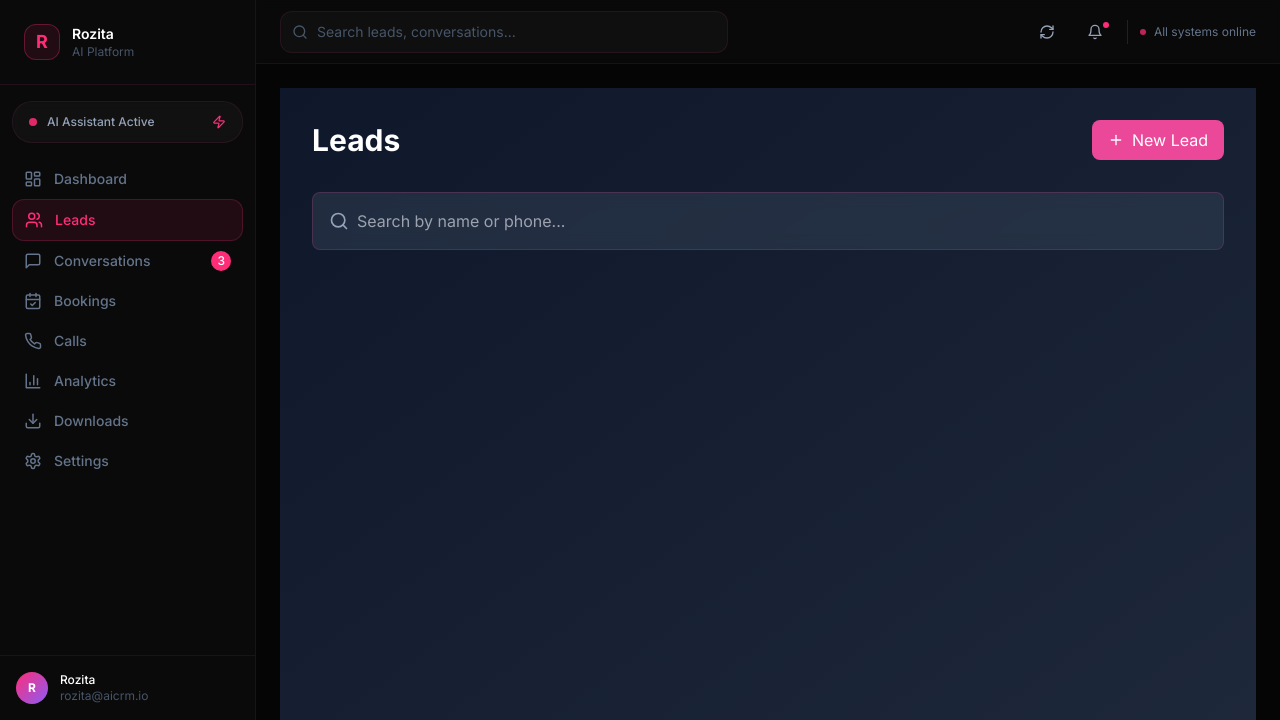
Repository: rositabouyer-alt/aiCRM
Page: /dashboard/leads (app in frontend/)
These files come from the project's save history. The page is drawn as it stood at one moment and after the next save; the edit follows.
The browser window is 1280 px wide. The pictures show the whole page.
The page's requests for data from a server got no answer. An inner scrolling area shows only its first screen. The project was rebuilt for these pictures with package versions that can differ from the ones it lists, and the page was loaded fresh each time. The framework's server and built-in components were replaced by stand-ins that run in the browser. No one was signed in, and anything a server would have sent is missing. Also part of the build but not shown: frontend/next.config.js.

Above is the page before, as saved 2026-07-29 12:44:42.

### frontend/src/app/layout.tsx
import type { Metadata } from "next";
import "./globals.css";

export const metadata: Metadata = {
  title: "AiCRM — AI Customer Platform",
  description: "24/7 AI-powered customer management and booking platform",
};

export default function RootLayout({ children }: { children: React.ReactNode }) {
  return (
    <html lang="en" className="dark">
      <body>{children}</body>
    </html>
  );
}

### frontend/src/app/dashboard/layout.tsx
import Sidebar from "@/components/layout/Sidebar";
import Topbar from "@/components/layout/Topbar";

export default function DashboardLayout({ children }: { children: React.ReactNode }) {
  return (
    <div className="flex h-screen bg-navy-950 overflow-hidden">
      <Sidebar />
      <div className="flex-1 ml-64 flex flex-col overflow-hidden">
        <Topbar />
        <main className="flex-1 overflow-y-auto p-6">
          {children}
        </main>
      </div>
    </div>
  );
}

### frontend/src/app/dashboard/leads/page.tsx
'use client'
import { useState, useEffect } from 'react'
import { Users, Plus, Search } from 'lucide-react'

export default function LeadsPage() {
  const [leads, setLeads] = useState([])
  const [search, setSearch] = useState('')

  useEffect(() => {
    fetch('http://localhost:8000/leads/')
      .then(r => r.json())
      .then(d => setLeads(d))
      .catch(() => {})
  }, [])

  const filtered = leads.filter(l =>
    l.full_name.toLowerCase().includes(search.toLowerCase()) ||
    l.phone.includes(search)
  )

  return (
    <div className="p-8 bg-gradient-to-br from-slate-900 to-slate-800 min-h-screen">
      <div className="flex justify-between items-center mb-8">
        <h1 className="text-3xl font-bold text-white">Leads</h1>
        <button className="bg-pink-500 hover:bg-pink-600 text-white px-4 py-2 rounded-lg flex items-center gap-2">
          <Plus className="w-4 h-4" />
          New Lead
        </button>
      </div>

      <div className="bg-slate-700/50 backdrop-blur rounded-lg p-4 mb-6 border border-pink-500/20">
        <div className="flex items-center gap-2">
          <Search className="w-5 h-5 text-slate-400" />
          <input
            type="text"
            placeholder="Search by name or phone..."
            value={search}
            onChange={(e) => setSearch(e.target.value)}
            className="bg-transparent text-white outline-none flex-1"
          />
        </div>
      </div>

      <div className="space-y-4">
        {filtered.map(lead => (
          <div key={lead.id} className="bg-slate-700/50 backdrop-blur rounded-lg p-4 border border-pink-500/20 hover:border-pink-400 transition">
            <div className="flex justify-between items-start">
              <div>
                <p className="text-white font-semibold">{lead.full_name}</p>
                <p className="text-slate-400 text-sm">{lead.phone} | {lead.email || 'No email'}</p>
              </div>
              <span className="bg-pink-500/20 text-pink-300 px-3 py-1 rounded-full text-sm">{lead.status}</span>
            </div>
          </div>
        ))}
      </div>
    </div>
  )
}

### frontend/src/app/globals.css
@import url('https://fonts.googleapis.com/css2?family=Inter:wght@300;400;500;600;700&family=JetBrains+Mono:wght@400;500&display=swap');
@tailwind base;
@tailwind components;
@tailwind utilities;

:root {
  --bg: #050505;
  --surface: #0d0d0d;
  --accent: #ff2d78;
  --accent-hover: #e0185e;
  --glass: rgba(255,45,120,0.04);
  --glass-border: rgba(255,45,120,0.12);
}

* { box-sizing: border-box; margin: 0; padding: 0; }

body {
  background-color: #050505;
  color: #f8fafc;
  font-family: 'Inter', sans-serif;
  overflow-x: hidden;
}

::-webkit-scrollbar { width: 4px; height: 4px; }
::-webkit-scrollbar-track { background: transparent; }
::-webkit-scrollbar-thumb { background: rgba(255,45,120,0.3); border-radius: 99px; }
::-webkit-scrollbar-thumb:hover { background: rgba(255,45,120,0.6); }

@layer components {
  .glass-card {
    @apply bg-white/[0.03] border border-pink-500/10 rounded-2xl backdrop-blur-sm;
  }

  .glass-card-hover {
    @apply glass-card hover:bg-white/[0.05] hover:border-pink-500/20 transition-all duration-200;
  }

  .btn-primary {
    @apply bg-accent hover:bg-accent-hover text-white font-medium px-4 py-2 rounded-xl transition-all duration-200 flex items-center gap-2 text-sm;
  }

  .btn-ghost {
    @apply text-slate-400 hover:text-white hover:bg-white/[0.06] px-3 py-2 rounded-xl transition-all duration-200 flex items-center gap-2 text-sm;
  }

  .input-dark {
    @apply bg-white/[0.03] border border-pink-500/10 rounded-xl px-4 py-2.5 text-white placeholder-slate-600 focus:outline-none focus:border-accent/50 focus:ring-1 focus:ring-accent/20 transition-all duration-200 text-sm w-full;
  }

  .badge { @apply px-2.5 py-0.5 rounded-full text-xs font-medium; }
  .badge-new { @apply badge bg-pink-500/15 text-pink-400 border border-pink-500/20; }
  .badge-active { @apply badge bg-emerald-500/15 text-emerald-400 border border-emerald-500/20; }
  .badge-qualified { @apply badge bg-violet-500/15 text-violet-400 border border-violet-500/20; }
  .badge-booked { @apply badge bg-yellow-500/15 text-yellow-400 border border-yellow-500/20; }
  .badge-closed { @apply badge bg-slate-500/15 text-slate-400 border border-slate-500/20; }

  .sidebar-item { @apply flex items-center gap-3 px-3 py-2.5 rounded-xl text-sm font-medium transition-all duration-200 cursor-pointer; }
  .sidebar-item-active { @apply sidebar-item bg-accent/10 text-accent border border-accent/20; }
  .sidebar-item-inactive { @apply sidebar-item text-slate-500 hover:text-white hover:bg-white/[0.04]; }
}

### frontend/src/components/layout/Sidebar.tsx
"use client";
import { usePathname } from "next/navigation";
import Link from "next/link";
import {
  LayoutDashboard, Users, MessageSquare, CalendarCheck,
  Phone, BarChart3, Download, Settings, Zap
} from "lucide-react";
import { clsx } from "clsx";

const navItems = [
  { href: "/dashboard", icon: LayoutDashboard, label: "Dashboard" },
  { href: "/dashboard/leads", icon: Users, label: "Leads" },
  { href: "/dashboard/conversations", icon: MessageSquare, label: "Conversations" },
  { href: "/dashboard/bookings", icon: CalendarCheck, label: "Bookings" },
  { href: "/dashboard/calls", icon: Phone, label: "Calls" },
  { href: "/dashboard/analytics", icon: BarChart3, label: "Analytics" },
  { href: "/dashboard/downloads", icon: Download, label: "Downloads" },
  { href: "/dashboard/settings", icon: Settings, label: "Settings" },
];

export default function Sidebar() {
  const pathname = usePathname();
  return (
    <aside className="w-64 h-screen bg-[#0a0a0a] border-r border-pink-500/10 flex flex-col fixed left-0 top-0 z-30">
      {/* Logo */}
      <div className="p-6 border-b border-pink-500/10">
        <div className="flex items-center gap-3">
          <div className="w-9 h-9 rounded-xl bg-accent/10 border border-accent/30 flex items-center justify-center text-accent font-bold text-lg">
            R
          </div>
          <div>
            <p className="text-white font-semibold text-sm">Rozita</p>
            <p className="text-slate-600 text-xs">AI Platform</p>
          </div>
        </div>
      </div>

      {/* AI Status */}
      <div className="px-4 py-3 mx-3 mt-4 glass-card flex items-center gap-2.5">
        <div className="w-2 h-2 rounded-full bg-accent animate-pulse-slow" />
        <span className="text-xs text-slate-400 font-medium">AI Assistant Active</span>
        <Zap className="w-3.5 h-3.5 text-accent ml-auto" />
      </div>

      {/* Navigation */}
      <nav className="flex-1 px-3 py-4 space-y-1 overflow-y-auto">
        {navItems.map(({ href, icon: Icon, label }) => {
          const isActive = pathname === href || (href !== "/dashboard" && pathname.startsWith(href));
          return (
            <Link key={href} href={href}>
              <div className={clsx(isActive ? "sidebar-item-active" : "sidebar-item-inactive")}>
                <Icon size={18} className="shrink-0" />
                <span>{label}</span>
                {label === "Conversations" && (
                  <span className="ml-auto bg-accent text-white text-xs px-1.5 py-0.5 rounded-full">3</span>
                )}
              </div>
            </Link>
          );
        })}
      </nav>

      {/* Footer */}
      <div className="p-4 border-t border-pink-500/10">
        <div className="flex items-center gap-3">
          <div className="w-8 h-8 rounded-full bg-gradient-to-br from-accent to-violet-500 flex items-center justify-center text-white text-xs font-bold">
            R
          </div>
          <div className="flex-1 min-w-0">
            <p className="text-white text-xs font-medium truncate">Rozita</p>
            <p className="text-slate-600 text-xs truncate">rozita@aicrm.io</p>
          </div>
        </div>
      </div>
    </aside>
  );
}

### frontend/src/components/layout/Topbar.tsx
"use client";
import { Bell, Search, RefreshCw } from "lucide-react";

export default function Topbar() {
  return (
    <header className="h-16 border-b border-pink-500/10 bg-[#0a0a0a]/80 backdrop-blur-sm flex items-center justify-between px-6 shrink-0">
      <div className="flex items-center gap-3 flex-1 max-w-md">
        <div className="relative w-full">
          <Search className="absolute left-3 top-1/2 -translate-y-1/2 w-4 h-4 text-slate-600" />
          <input type="text" placeholder="Search leads, conversations..." className="input-dark pl-9" />
        </div>
      </div>
      <div className="flex items-center gap-2">
        <button className="btn-ghost"><RefreshCw className="w-4 h-4" /></button>
        <button className="relative btn-ghost">
          <Bell className="w-4 h-4" />
          <span className="absolute top-1.5 right-1.5 w-1.5 h-1.5 bg-accent rounded-full" />
        </button>
        <div className="w-px h-6 bg-white/10 mx-1" />
        <div className="flex items-center gap-2 text-xs text-slate-500">
          <div className="w-1.5 h-1.5 rounded-full bg-accent animate-pulse" />
          All systems online
        </div>
      </div>
    </header>
  );
}

### frontend/tailwind.config.js
/** @type {import('tailwindcss').Config} */
module.exports = {
  content: [
    "./src/pages/**/*.{js,ts,jsx,tsx,mdx}",
    "./src/components/**/*.{js,ts,jsx,tsx,mdx}",
    "./src/app/**/*.{js,ts,jsx,tsx,mdx}",
  ],
  theme: {
    extend: {
      colors: {
        navy: {
          950: "#050505",
          900: "#0d0d0d",
          800: "#111111",
          700: "#1a1a1a",
          600: "#222222",
        },
        accent: {
          DEFAULT: "#ff2d78",
          hover: "#e0185e",
          light: "#ff6ea6",
          muted: "#c0005a",
        },
        status: {
          new: "#ff2d78",
          active: "#10b981",
          qualified: "#bf5af2",
          booked: "#ffd60a",
          closed: "#6b7280",
        }
      },
      borderRadius: {
        "2xl": "1.25rem",
      },
      animation: {
        "pulse-slow": "pulse 3s cubic-bezier(0.4, 0, 0.6, 1) infinite",
        "fade-in": "fadeIn 0.3s ease-in-out",
        "slide-in": "slideIn 0.3s ease-out",
      },
      keyframes: {
        fadeIn: {
          "0%": { opacity: "0" },
          "100%": { opacity: "1" },
        },
        slideIn: {
          "0%": { transform: "translateX(-10px)", opacity: "0" },
          "100%": { transform: "translateX(0)", opacity: "1" },
        },
      },
    },
  },
  plugins: [],
};

After the next save:
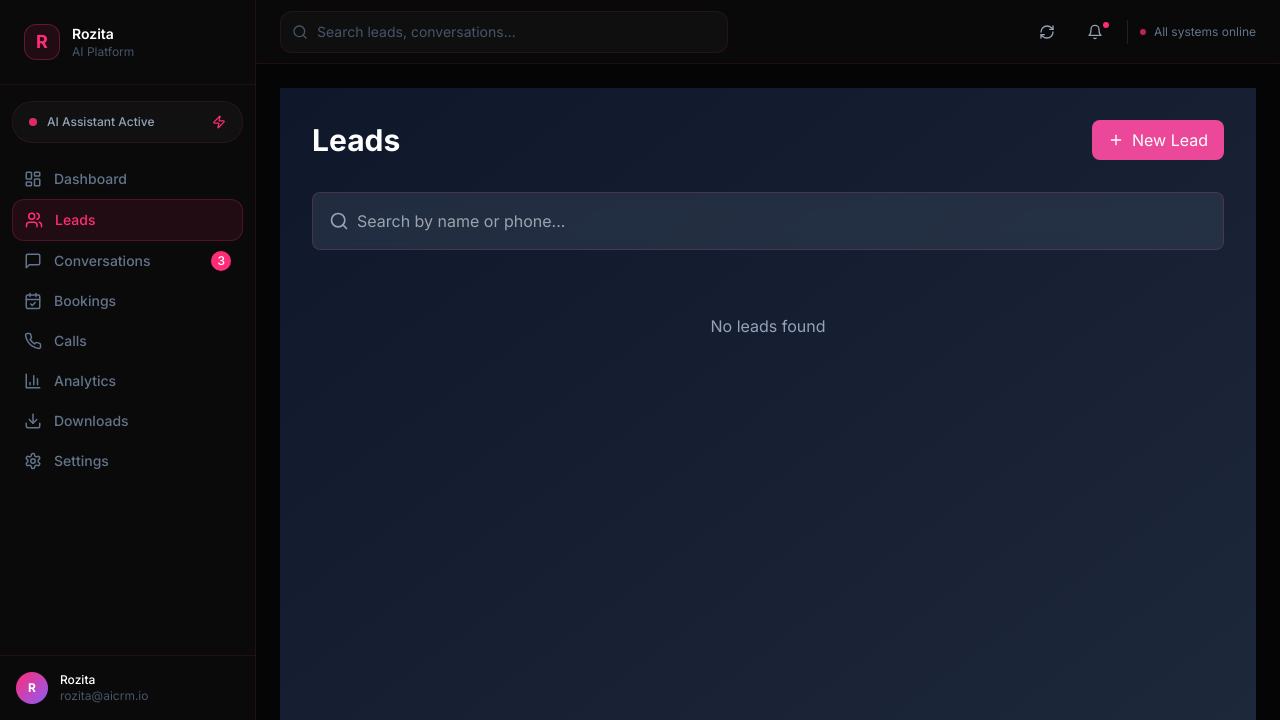
Saved 84 min 27 s later.
--- a/frontend/src/app/dashboard/leads/page.tsx
+++ b/frontend/src/app/dashboard/leads/page.tsx
@@ -1,36 +1,64 @@
 'use client'
+
 import { useState, useEffect } from 'react'
-import { Users, Plus, Search } from 'lucide-react'
+import { Plus, Search } from 'lucide-react'
+
+interface Lead {
+  id: number
+  full_name: string
+  phone?: string
+  email?: string
+  status: string
+}
 
 export default function LeadsPage() {
-  const [leads, setLeads] = useState([])
+  const [leads, setLeads] = useState<Lead[]>([])
   const [search, setSearch] = useState('')
 
   useEffect(() => {
-    fetch('http://localhost:8000/leads/')
-      .then(r => r.json())
-      .then(d => setLeads(d))
-      .catch(() => {})
+    fetch('http://localhost:8000/api/leads')
+      .then((res) => {
+        if (!res.ok) {
+          throw new Error('Failed to fetch leads')
+        }
+        return res.json()
+      })
+      .then((data) => {
+        setLeads(data)
+      })
+      .catch((err) => {
+        console.error(err)
+      })
   }, [])
 
-  const filtered = leads.filter(l =>
-    l.full_name.toLowerCase().includes(search.toLowerCase()) ||
-    l.phone.includes(search)
+  const filtered = leads.filter((lead) =>
+    (lead.full_name || '')
+      .toLowerCase()
+      .includes(search.toLowerCase()) ||
+    (lead.phone || '').includes(search)
   )
 
   return (
     <div className="p-8 bg-gradient-to-br from-slate-900 to-slate-800 min-h-screen">
+
       <div className="flex justify-between items-center mb-8">
-        <h1 className="text-3xl font-bold text-white">Leads</h1>
+        <h1 className="text-3xl font-bold text-white">
+          Leads
+        </h1>
+
         <button className="bg-pink-500 hover:bg-pink-600 text-white px-4 py-2 rounded-lg flex items-center gap-2">
           <Plus className="w-4 h-4" />
           New Lead
         </button>
       </div>
 
+
       <div className="bg-slate-700/50 backdrop-blur rounded-lg p-4 mb-6 border border-pink-500/20">
+
         <div className="flex items-center gap-2">
+
           <Search className="w-5 h-5 text-slate-400" />
+
           <input
             type="text"
             placeholder="Search by name or phone..."
@@ -38,22 +66,58 @@ export default function LeadsPage() {
             onChange={(e) => setSearch(e.target.value)}
             className="bg-transparent text-white outline-none flex-1"
           />
+
         </div>
+
       </div>
 
+
       <div className="space-y-4">
-        {filtered.map(lead => (
-          <div key={lead.id} className="bg-slate-700/50 backdrop-blur rounded-lg p-4 border border-pink-500/20 hover:border-pink-400 transition">
+
+        {filtered.map((lead) => (
+
+          <div
+            key={lead.id}
+            className="bg-slate-700/50 backdrop-blur rounded-lg p-4 border border-pink-500/20 hover:border-pink-400 transition"
+          >
+
             <div className="flex justify-between items-start">
+
               <div>
-                <p className="text-white font-semibold">{lead.full_name}</p>
-                <p className="text-slate-400 text-sm">{lead.phone} | {lead.email || 'No email'}</p>
+
+                <p className="text-white font-semibold">
+                  {lead.full_name}
+                </p>
+
+                <p className="text-slate-400 text-sm">
+                  {lead.phone || 'No phone'} | {lead.email || 'No email'}
+                </p>
+
               </div>
-              <span className="bg-pink-500/20 text-pink-300 px-3 py-1 rounded-full text-sm">{lead.status}</span>
+
+
+              <span className="bg-pink-500/20 text-pink-300 px-3 py-1 rounded-full text-sm">
+                {lead.status}
+              </span>
+
+
             </div>
+
           </div>
+
         ))}
+
+
+        {filtered.length === 0 && (
+
+          <div className="text-center text-slate-400 py-10">
+            No leads found
+          </div>
+
+        )}
+
       </div>
+
     </div>
   )
 }
